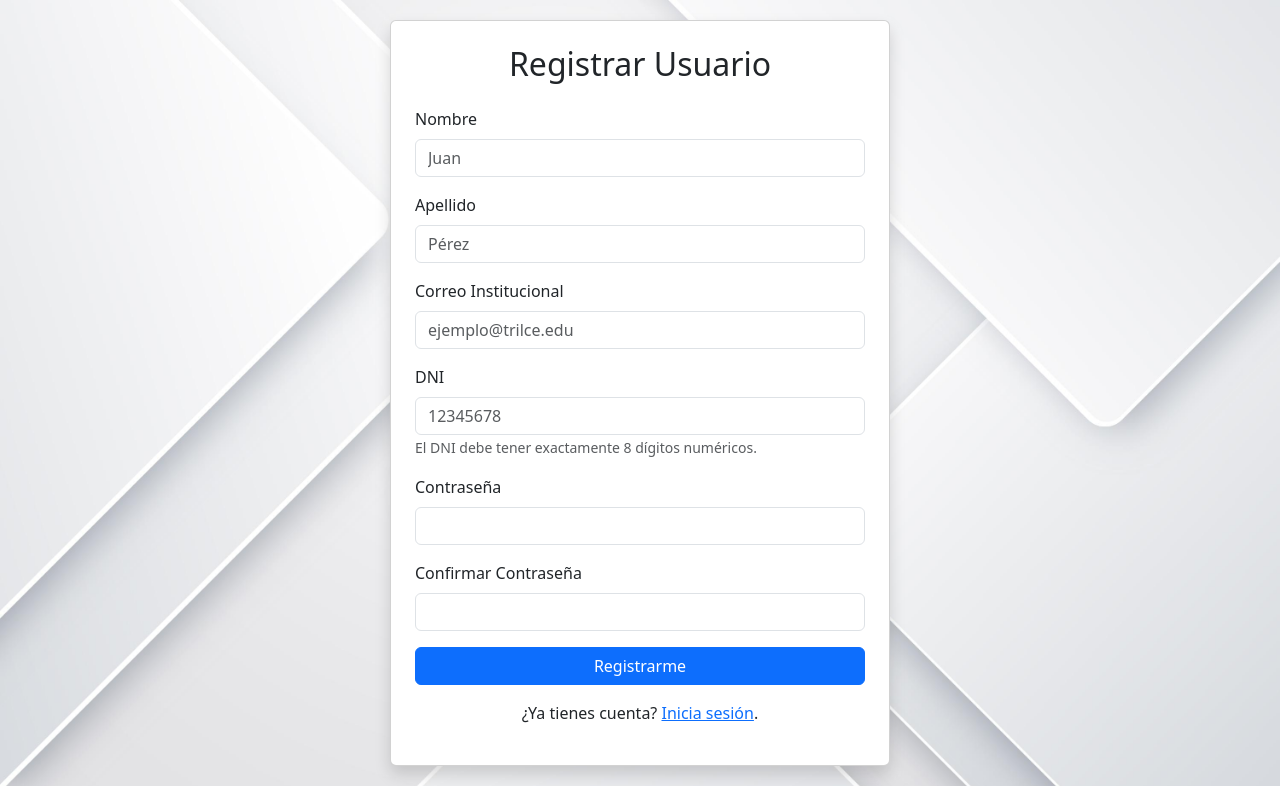
Repository: maycky02/Bibloteca_integrador
Page: http://localhost/registrarme
An editor plug-in stored every save of this project. The page is shown before and after the next save, followed by the edit.
The browser window is 1280 px wide. The pictures show the whole page.
Backgrounds fixed to the window are drawn as part of the page. The page is this project's Thymeleaf template; nobody is signed in. The template is opened directly, without the code that normally fills it, so the values that code supplies are empty.

Above is the page before, as saved 2024-12-03 22:18:36.

After the next save:
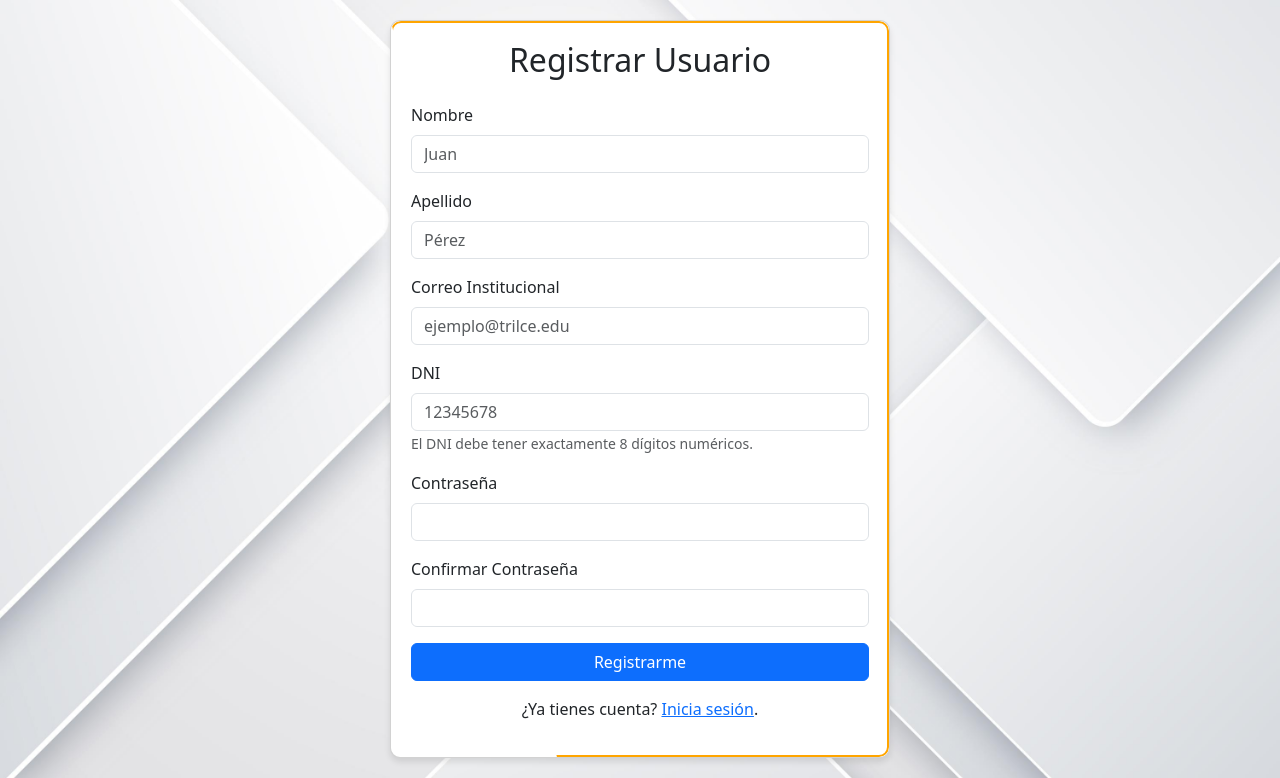
Saved 90 s later.
--- a/Bibloteca/src/main/resources/templates/registrarme.html
+++ b/Bibloteca/src/main/resources/templates/registrarme.html
@@ -10,18 +10,55 @@
             display: flex;
             justify-content: center;
             align-items: center;
-            min-height: 100vh; /* Asegura que ocupa toda la altura */
+            min-height: 100vh;
             margin: 0;
             background: url('/img/f_3.jpg') no-repeat center center fixed;
-            background-size: cover; /* Ajusta la imagen al tamaño de la pantalla */
+            background-size: cover;
         }
         .card {
-            margin: 20px 0; /* Espacio arriba y abajo */
+            position: relative;
+            margin: 20px 0;
+            width: 500px;
+            padding: 20px;
+            box-shadow: 0 4px 6px rgba(0, 0, 0, 0.1);
+            border-radius: 10px;
+            background: white;
+            overflow: hidden;
+        }
+        .card::before {
+            content: '';
+            position: absolute;
+            top: 0;
+            left: 0;
+            width: 100%;
+            height: 100%;
+            border: 2px solid orange;
+            border-radius: 10px;
+            box-sizing: border-box;
+            animation: border-animation 3s linear infinite;
+        }
+
+        @keyframes border-animation {
+            0% {
+                clip-path: polygon(0% 0%, 0% 0%, 0% 100%, 0% 100%);
+            }
+            25% {
+                clip-path: polygon(0% 0%, 100% 0%, 100% 0%, 0% 0%);
+            }
+            50% {
+                clip-path: polygon(0% 0%, 100% 0%, 100% 100%, 100% 100%);
+            }
+            75% {
+                clip-path: polygon(0% 0%, 100% 0%, 100% 100%, 0% 100%);
+            }
+            100% {
+                clip-path: polygon(0% 0%, 100% 0%, 100% 100%, 0% 100%);
+            }
         }
     </style>
 </head>
 <body>
-    <div class="card p-4 shadow" style="width: 500px;">
+    <div class="card">
         <h2 class="text-center mb-4">Registrar Usuario</h2>
         <!-- Mostrar mensaje de éxito o error -->
         <div th:if="${mensaje}" class="alert alert-success" role="alert">
@@ -46,7 +83,7 @@
                 <label for="correo" class="form-label">Correo Institucional</label>
                 <input type="email" class="form-control" id="correo" name="correo" placeholder="ejemplo@trilce.edu" required>
             </div>
-            <!-- Campo para el DNI (validado para 8 dígitos numéricos) -->
+            <!-- Campo para el DNI -->
             <div class="mb-3">
                 <label for="dni" class="form-label">DNI</label>
                 <input type="text" class="form-control" id="dni" name="dni" pattern="^\d{8}$" maxlength="8" placeholder="12345678" required>
